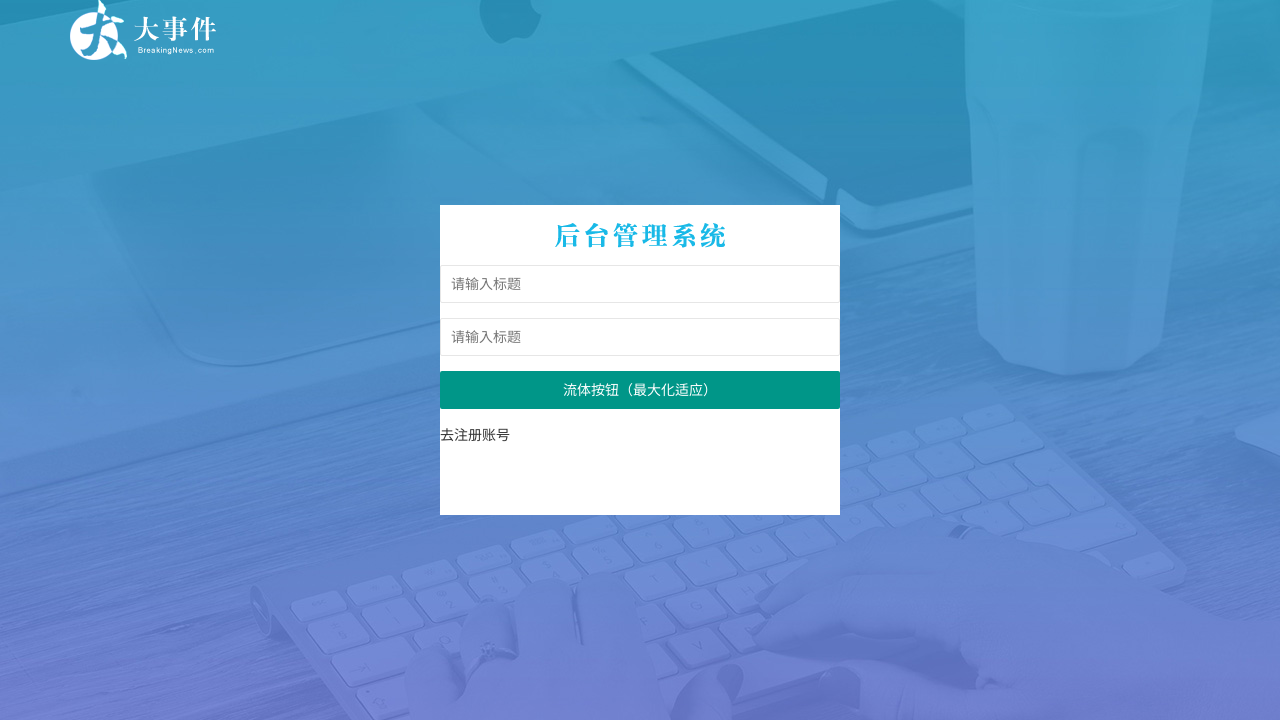
Repository: R1Deemo/Main-project
Page: login.html
An editor plug-in stored every save of this project. The page is shown before and after the next save, followed by the edit.
The browser window is 1280 px wide. The pictures show the whole page.

Above is the page before, as saved 2022-10-28 20:03:50.

After the next save:
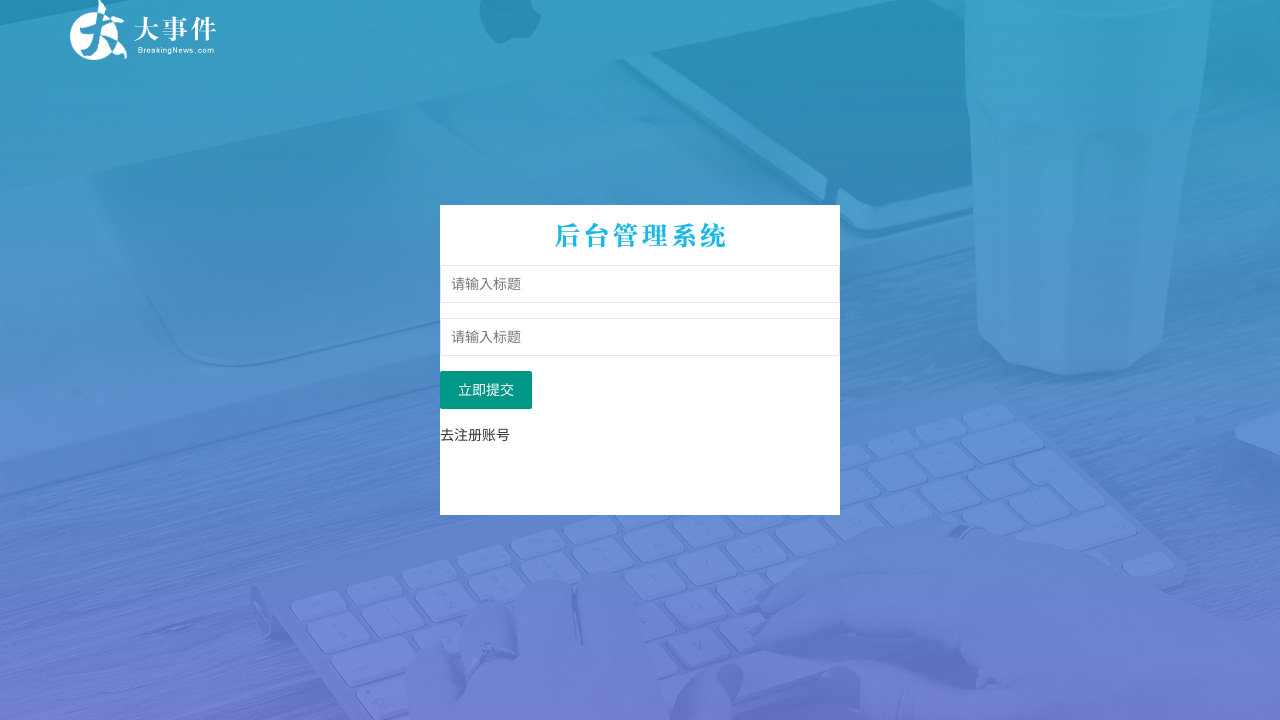
Saved 3 min 59 s later.
--- a/login.html
+++ b/login.html
@@ -32,7 +32,7 @@
                 </div>
                 <!-- 登录按钮 -->
                 <div class="layui-form-item">
-                    <button type="button" class="layui-btn layui-btn-fluid">流体按钮（最大化适应）</button>
+                    <button class="layui-btn" lay-submit lay-filter="formDemo">立即提交</button>
                 </div>
             </form>
             <a href="javascript:;" id="link_reg">去注册账号</a>
